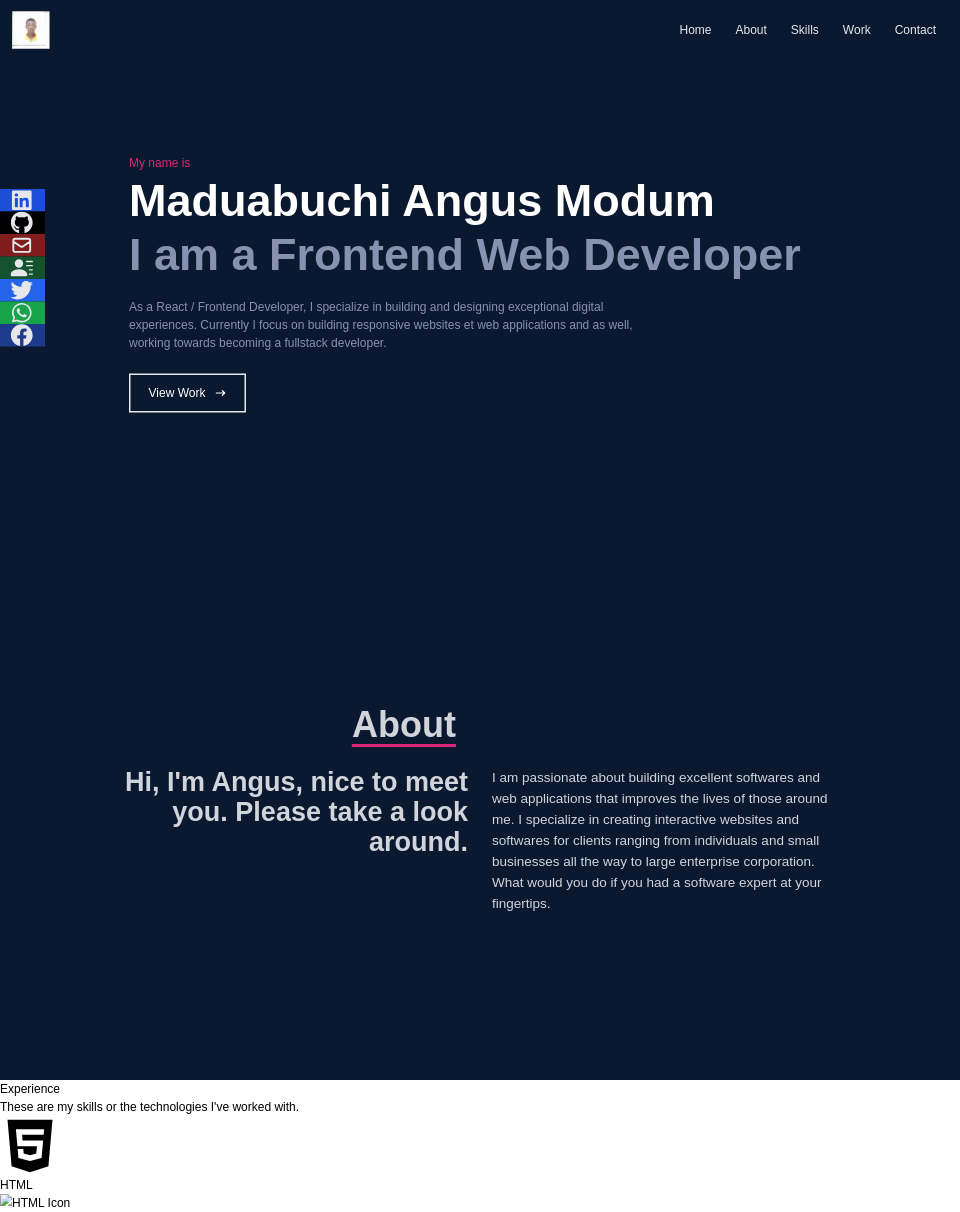
Repository: AngusOnyebuchi/Dashboard
Page: /
The author's editor kept a copy of each file at every save. The page is drawn from the files as they stood at one save, then again after the next save.
The browser window is 1280 px wide. The pictures show the whole page, at 75% of full size.
The project was rebuilt for these pictures with package versions that can differ from the ones it lists, and the page was loaded fresh each time.

Above is the page before, as saved 2022-04-14 12:16:02.

After the next save:
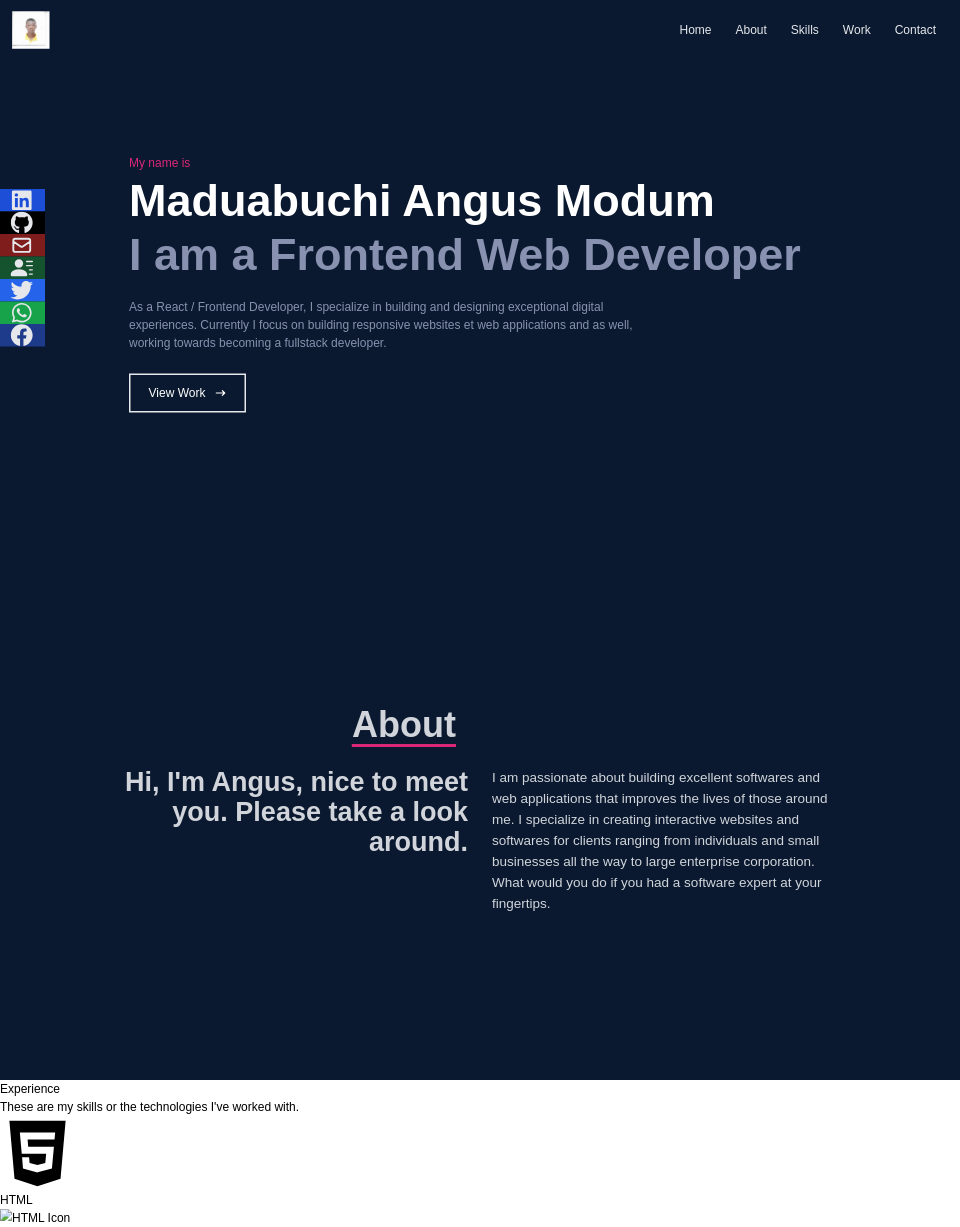
Saved 60 s later.
--- a/src/components/Skills.js
+++ b/src/components/Skills.js
@@ -13,7 +13,7 @@ export default function Skills() {
                 </div>
                 <div>
                     <div>
-                        <FaHtml5 size={80}/> <p>HTML</p>
+                        <FaHtml5 size={100}/> <p>HTML</p>
                         <img src={FaHtml5} alt="HTML Icon"/>
                     </div>
                 </div>
